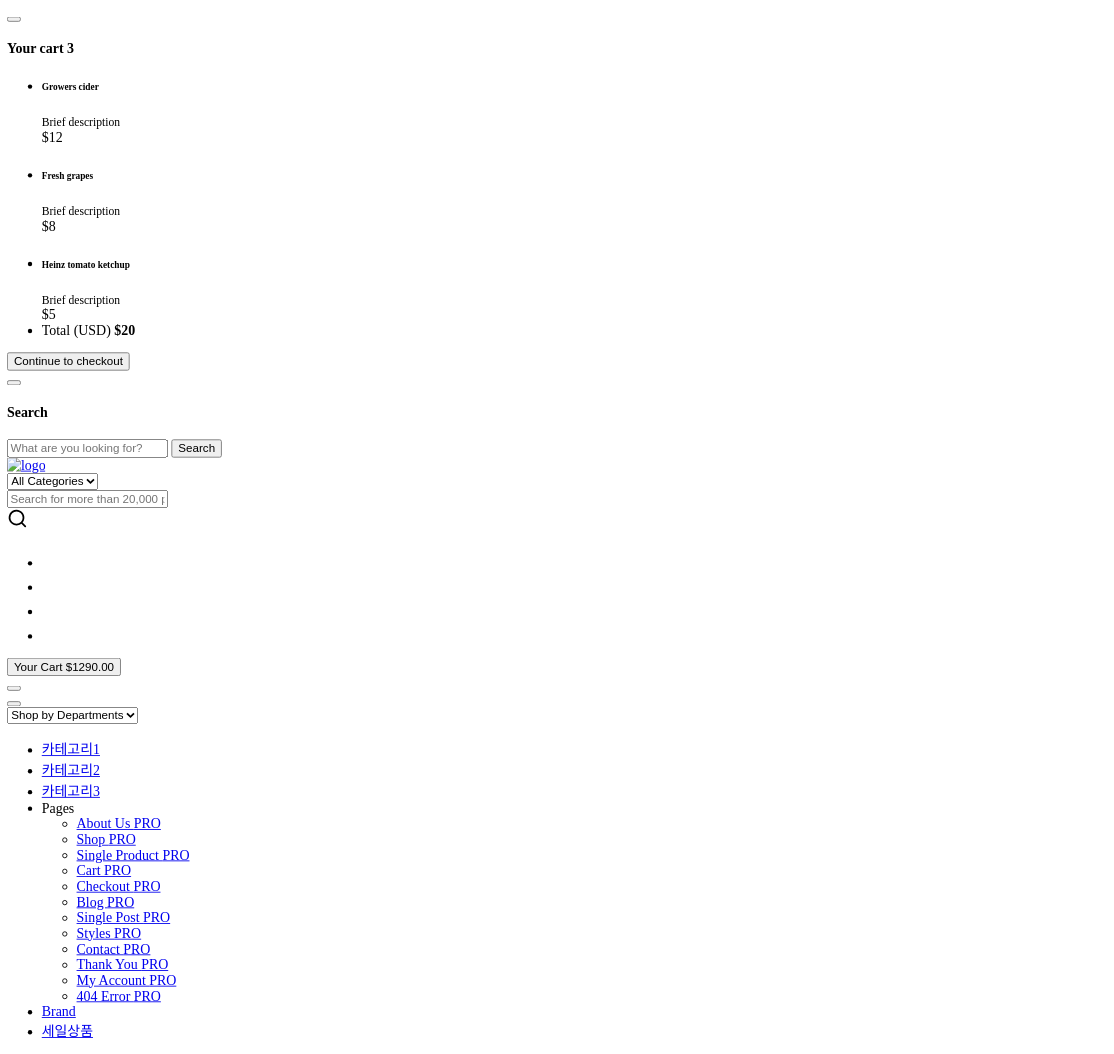
Repository: seohyunkwon/SnapFit
Page: http://localhost/fragments/header
The author's editor kept a copy of each file at every save. The page is drawn from the files as they stood at one save, then again after the next save.
The browser window is 1280 px wide. The pictures show the whole page, at 87% of full size.
The page is this project's Thymeleaf template; nobody is signed in. The template is opened directly, without the code that normally fills it, so the values that code supplies are empty.

Above is the page before, as saved 2024-06-05 11:19:38.
Not found: shop/images/logo.png

### shop/src/main/resources/templates/fragments/header.html
<!DOCTYPE html>
<html xmlns:th="http://www.thymeleaf.org"
      xmlns:sec="http://www.thymeleaf.org/extras/spring-security">


<div class="preloader-wrapper">
    <div class="preloader">
    </div>
</div>

<div class="offcanvas offcanvas-end" data-bs-scroll="true" tabindex="-1" id="offcanvasCart" aria-labelledby="My Cart">
    <div class="offcanvas-header justify-content-center">
        <button type="button" class="btn-close" data-bs-dismiss="offcanvas" aria-label="Close"></button>
    </div>
    <div class="offcanvas-body">
        <div class="order-md-last">
            <h4 class="d-flex justify-content-between align-items-center mb-3">
                <span class="text-primary">Your cart</span>
                <span class="badge bg-primary rounded-pill">3</span>
            </h4>
            <ul class="list-group mb-3">
                <li class="list-group-item d-flex justify-content-between lh-sm">
                    <div>
                        <h6 class="my-0">Growers cider</h6>
                        <small class="text-body-secondary">Brief description</small>
                    </div>
                    <span class="text-body-secondary">$12</span>
                </li>
                <li class="list-group-item d-flex justify-content-between lh-sm">
                    <div>
                        <h6 class="my-0">Fresh grapes</h6>
                        <small class="text-body-secondary">Brief description</small>
                    </div>
                    <span class="text-body-secondary">$8</span>
                </li>
                <li class="list-group-item d-flex justify-content-between lh-sm">
                    <div>
                        <h6 class="my-0">Heinz tomato ketchup</h6>
                        <small class="text-body-secondary">Brief description</small>
                    </div>
                    <span class="text-body-secondary">$5</span>
                </li>
                <li class="list-group-item d-flex justify-content-between">
                    <span>Total (USD)</span>
                    <strong>$20</strong>
                </li>
            </ul>

            <button class="w-100 btn btn-primary btn-lg" type="submit">Continue to checkout</button>
        </div>
    </div>
</div>

<div class="offcanvas offcanvas-end" data-bs-scroll="true" tabindex="-1" id="offcanvasSearch" aria-labelledby="Search">
    <div class="offcanvas-header justify-content-center">
        <button type="button" class="btn-close" data-bs-dismiss="offcanvas" aria-label="Close"></button>
    </div>
    <div class="offcanvas-body">
        <div class="order-md-last">
            <h4 class="d-flex justify-content-between align-items-center mb-3">
                <span class="text-primary">Search</span>
            </h4>
            <form role="search" action="index.html" method="get" class="d-flex mt-3 gap-0">
                <input class="form-control rounded-start rounded-0 bg-light" type="email" placeholder="What are you looking for?" aria-label="What are you looking for?">
                <button class="btn btn-dark rounded-end rounded-0" type="submit">Search</button>
            </form>
        </div>
    </div>
</div>


<div th:fragment="header">
    <div class="container-fluid">
        <div class="row py-3 border-bottom">
            <div class="col-sm-4 col-lg-3 text-center text-sm-start">
                <div class="main-logo">
                    <a href="index.html">
                        <img th:src="@{/images/logo.png}" alt="logo" class="img-fluid">
                    </a>
                </div>
            </div>
            <div class="col-sm-6 offset-sm-2 offset-md-0 col-lg-5 d-none d-lg-block">
                <div class="search-bar row bg-light p-2 my-2 rounded-4">
                    <div class="col-md-4 d-none d-md-block">
                        <select class="form-select border-0 bg-transparent">
                            <option>All Categories</option>
                            <option>Groceries</option>
                            <option>Drinks</option>
                            <option>Chocolates</option>
                        </select>
                    </div>
                    <div class="col-11 col-md-7">
                        <form id="search-form" class="text-center" action="index.html" method="post">
                            <input type="text" class="form-control border-0 bg-transparent" placeholder="Search for more than 20,000 products" />
                        </form>
                    </div>
                    <div class="col-1">
                        <svg xmlns="http://www.w3.org/2000/svg" width="24" height="24" viewBox="0 0 24 24"><path fill="currentColor" d="M21.71 20.29L18 16.61A9 9 0 1 0 16.61 18l3.68 3.68a1 1 0 0 0 1.42 0a1 1 0 0 0 0-1.39ZM11 18a7 7 0 1 1 7-7a7 7 0 0 1-7 7Z"/></svg>
                    </div>
                </div>
            </div>

            <div class="col-sm-8 col-lg-4 d-flex justify-content-end gap-5 align-items-center mt-4 mt-sm-0 justify-content-center justify-content-sm-end">

                <ul class="d-flex justify-content-end list-unstyled m-0">
                    <li>
                        <a href="#" class="rounded-circle bg-light p-2 mx-1">
                            <svg width="24" height="24" viewBox="0 0 24 24"><use xlink:href="#user"></use></svg>
                        </a>
                    </li>
                    <li>
                        <a href="#" class="rounded-circle bg-light p-2 mx-1">
                            <svg width="24" height="24" viewBox="0 0 24 24"><use xlink:href="#heart"></use></svg>
                        </a>
                    </li>
                    <li class="d-lg-none">
                        <a href="#" class="rounded-circle bg-light p-2 mx-1" data-bs-toggle="offcanvas" data-bs-target="#offcanvasCart" aria-controls="offcanvasCart">
                            <svg width="24" height="24" viewBox="0 0 24 24"><use xlink:href="#cart"></use></svg>
                        </a>
                    </li>
                    <li class="d-lg-none">
                        <a href="#" class="rounded-circle bg-light p-2 mx-1" data-bs-toggle="offcanvas" data-bs-target="#offcanvasSearch" aria-controls="offcanvasSearch">
                            <svg width="24" height="24" viewBox="0 0 24 24"><use xlink:href="#search"></use></svg>
                        </a>
                    </li>
                </ul>

                <div class="cart text-end d-none d-lg-block dropdown">
                    <button class="border-0 bg-transparent d-flex flex-column gap-2 lh-1" type="button" data-bs-toggle="offcanvas" data-bs-target="#offcanvasCart" aria-controls="offcanvasCart">
                        <span class="fs-6 text-muted dropdown-toggle">Your Cart</span>
                        <span class="cart-total fs-5 fw-bold">$1290.00</span>
                    </button>
                </div>
            </div>

        </div>
    </div>
    <div class="container-fluid">
        <div class="row py-3">
            <div class="d-flex  justify-content-center justify-content-sm-between align-items-center">
                <nav class="main-menu d-flex navbar navbar-expand-lg">

                    <button class="navbar-toggler" type="button" data-bs-toggle="offcanvas" data-bs-target="#offcanvasNavbar"
                            aria-controls="offcanvasNavbar">
                        <span class="navbar-toggler-icon"></span>
                    </button>

                    <div class="offcanvas offcanvas-end" tabindex="-1" id="offcanvasNavbar" aria-labelledby="offcanvasNavbarLabel">

                        <div class="offcanvas-header justify-content-center">
                            <button type="button" class="btn-close" data-bs-dismiss="offcanvas" aria-label="Close"></button>
                        </div>

                        <div class="offcanvas-body">

                            <select class="filter-categories border-0 mb-0 me-5">
                                <option>Shop by Departments</option>
                                <option>Groceries</option>
                                <option>Drinks</option>
                                <option>Chocolates</option>
                            </select>

                            <ul class="navbar-nav justify-content-end menu-list list-unstyled d-flex gap-md-3 mb-0">
                                <li class="nav-item active">
                                    <a href="#c1" class="nav-link">카테고리1</a>
                                </li>
                                <li class="nav-item dropdown">
                                    <a href="#c2" class="nav-link">카테고리2</a>
                                </li>
                                <li class="nav-item">
                                    <a href="#c3" class="nav-link">카테고리3</a>
                                </li>
                                <li class="nav-item dropdown">
                                    <a class="nav-link dropdown-toggle" role="button" id="pages" data-bs-toggle="dropdown" aria-expanded="false">Pages</a>
                                    <ul class="dropdown-menu" aria-labelledby="pages">
                                        <li><a href="about.html" class="dropdown-item">About Us <span class="badge bg-success text-dark ms-2">PRO</span></a></li>
                                        <li><a href="shop.html" class="dropdown-item">Shop <span class="badge bg-success text-dark ms-2">PRO</span></a></li>
                                        <li><a href="single-product.html" class="dropdown-item">Single Product <span class="badge bg-success text-dark ms-2">PRO</span></a></li>
                                        <li><a href="cart.html" class="dropdown-item">Cart <span class="badge bg-success text-dark ms-2">PRO</span></a></li>
                                        <li><a href="checkout.html" class="dropdown-item">Checkout <span class="badge bg-success text-dark ms-2">PRO</span></a></li>
                                        <li><a href="blog.html" class="dropdown-item">Blog <span class="badge bg-success text-dark ms-2">PRO</span></a></li>
                                        <li><a href="single-post.html" class="dropdown-item">Single Post <span class="badge bg-success text-dark ms-2">PRO</span></a></li>
                                        <li><a href="styles.html" class="dropdown-item">Styles <span class="badge bg-success text-dark ms-2">PRO</span></a></li>
                                        <li><a href="contact.html" class="dropdown-item">Contact <span class="badge bg-success text-dark ms-2">PRO</span></a></li>
                                        <li><a href="thank-you.html" class="dropdown-item">Thank You <span class="badge bg-success text-dark ms-2">PRO</span></a></li>
                                        <li><a href="account.html" class="dropdown-item">My Account <span class="badge bg-success text-dark ms-2">PRO</span></a></li>
                                        <li><a href="404.html" class="dropdown-item">404 Error <span class="badge bg-success text-dark ms-2">PRO</span></a></li>
                                    </ul>
                                </li>
                                <li class="nav-item">
                                    <a href="#brand" class="nav-link">Brand</a>
                                </li>
                                <li class="nav-item">
                                    <a href="#sale" class="nav-link">세일상품</a>
                                </li>
                            </ul>

                        </div>

                    </div>

                </nav>
            </div>
        </div>
    </div>
</div>
</html>

After the next save:
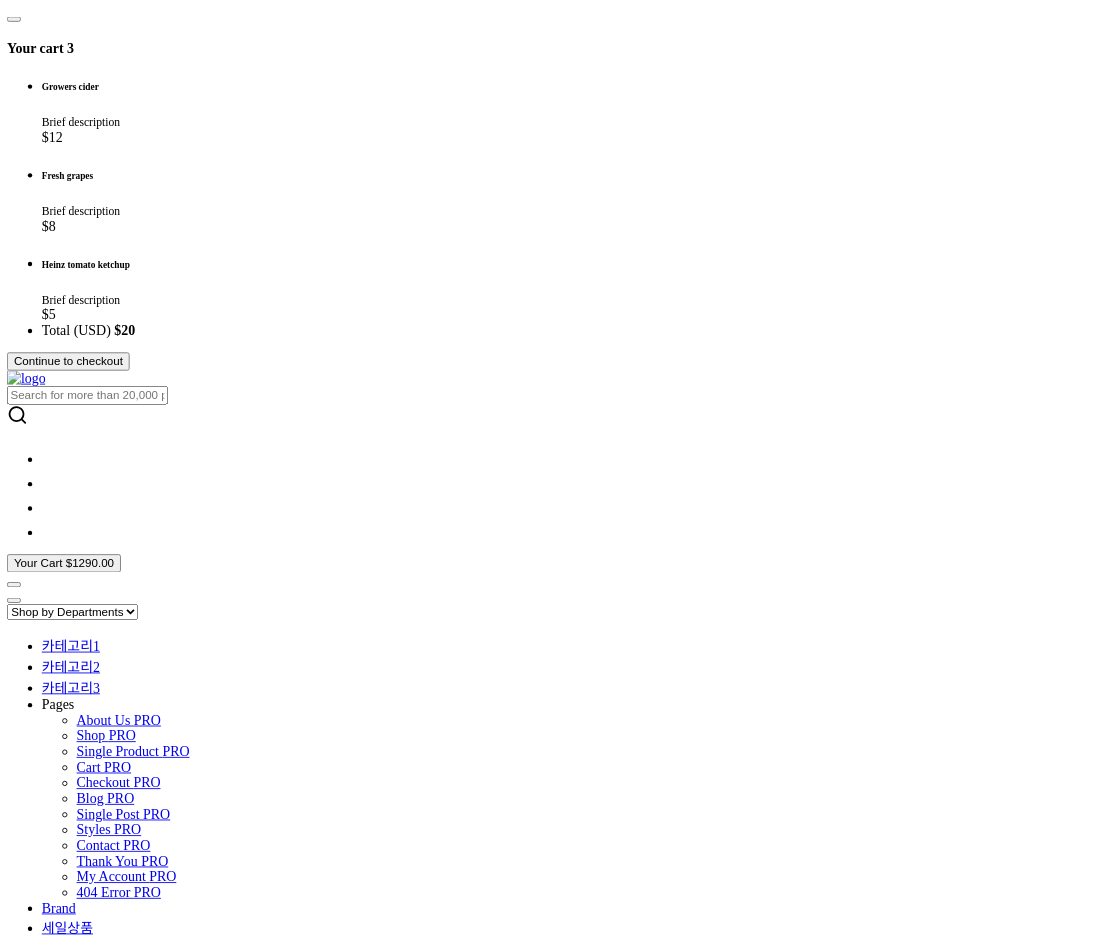
Saved 9 min 34 s later.
--- a/shop/src/main/resources/templates/fragments/header.html
+++ b/shop/src/main/resources/templates/fragments/header.html
@@ -51,24 +51,6 @@
     </div>
 </div>
 
-<div class="offcanvas offcanvas-end" data-bs-scroll="true" tabindex="-1" id="offcanvasSearch" aria-labelledby="Search">
-    <div class="offcanvas-header justify-content-center">
-        <button type="button" class="btn-close" data-bs-dismiss="offcanvas" aria-label="Close"></button>
-    </div>
-    <div class="offcanvas-body">
-        <div class="order-md-last">
-            <h4 class="d-flex justify-content-between align-items-center mb-3">
-                <span class="text-primary">Search</span>
-            </h4>
-            <form role="search" action="index.html" method="get" class="d-flex mt-3 gap-0">
-                <input class="form-control rounded-start rounded-0 bg-light" type="email" placeholder="What are you looking for?" aria-label="What are you looking for?">
-                <button class="btn btn-dark rounded-end rounded-0" type="submit">Search</button>
-            </form>
-        </div>
-    </div>
-</div>
-
-
 <div th:fragment="header">
     <div class="container-fluid">
         <div class="row py-3 border-bottom">
@@ -81,14 +63,6 @@
             </div>
             <div class="col-sm-6 offset-sm-2 offset-md-0 col-lg-5 d-none d-lg-block">
                 <div class="search-bar row bg-light p-2 my-2 rounded-4">
-                    <div class="col-md-4 d-none d-md-block">
-                        <select class="form-select border-0 bg-transparent">
-                            <option>All Categories</option>
-                            <option>Groceries</option>
-                            <option>Drinks</option>
-                            <option>Chocolates</option>
-                        </select>
-                    </div>
                     <div class="col-11 col-md-7">
                         <form id="search-form" class="text-center" action="index.html" method="post">
                             <input type="text" class="form-control border-0 bg-transparent" placeholder="Search for more than 20,000 products" />
